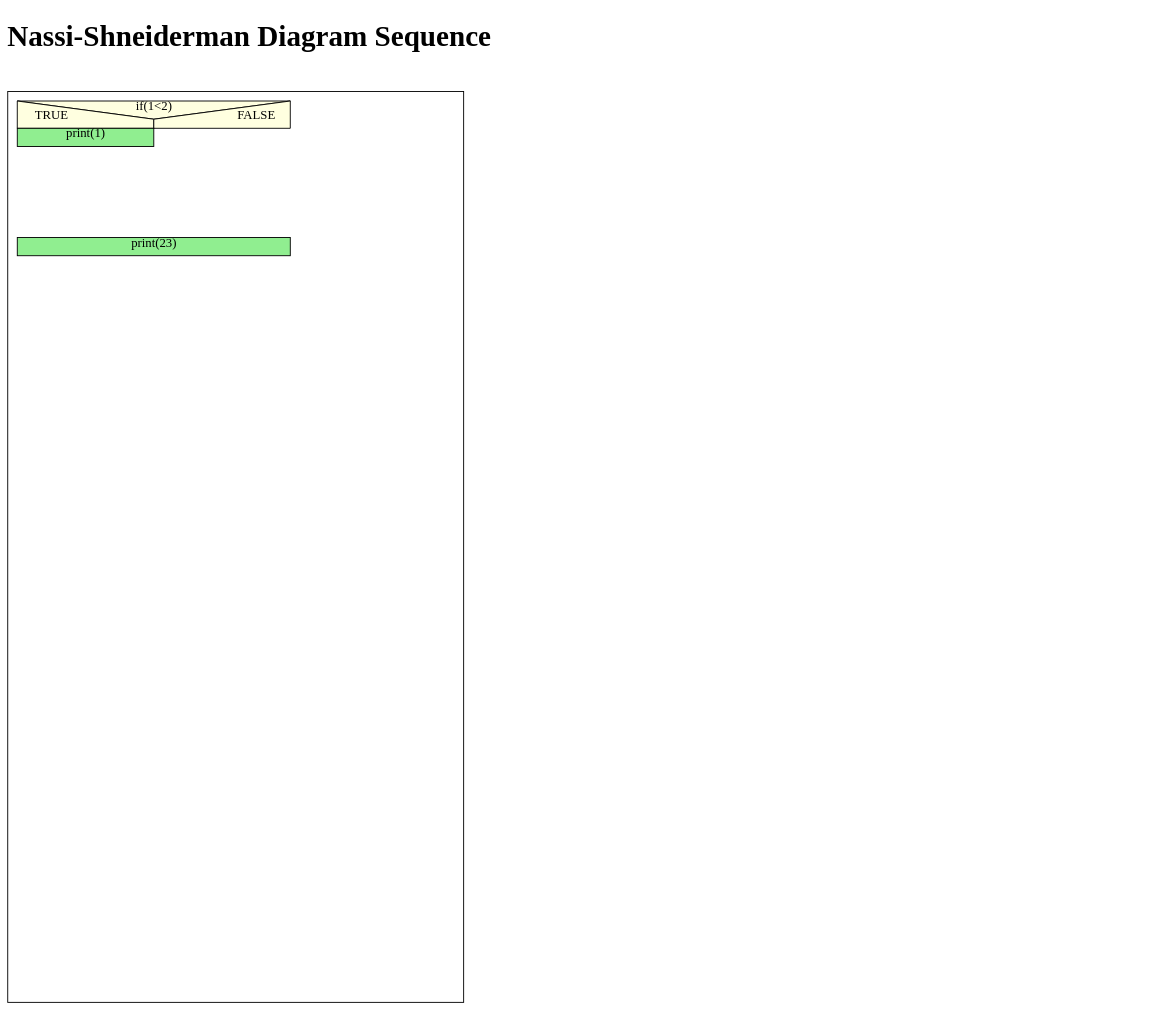
Repository: fabsch225/Nassi-Shneiderman-Compiler
Page: demo.html
The author's editor kept a copy of each file at every save. The page is drawn from the files as they stood at one save, then again after the next save.
The browser window is 1280 px wide. The pictures show the whole page, at 91% of full size.

Above is the page before, as saved 2024-05-15 23:41:57.

After the next save:
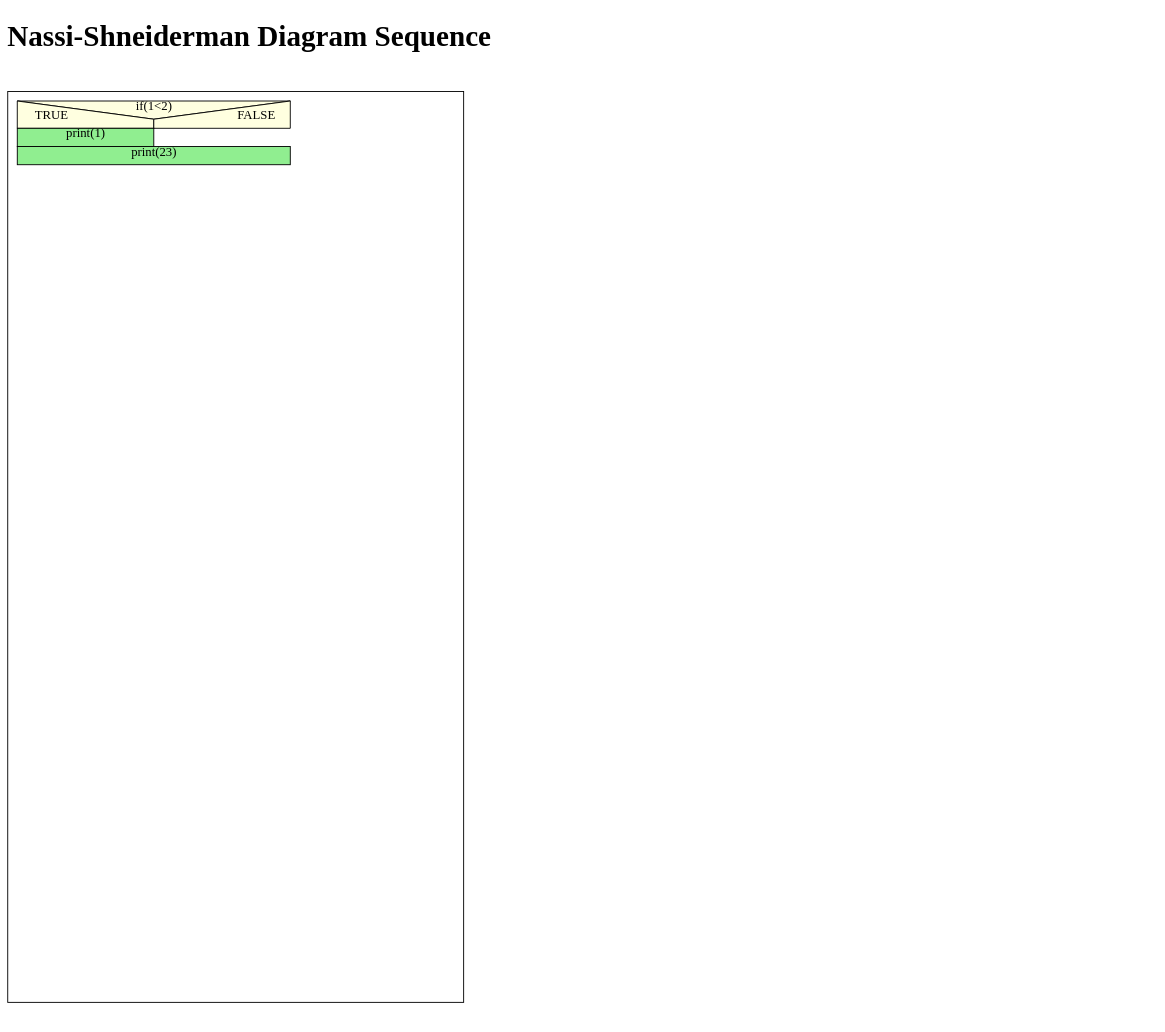
Saved 27 s later.
--- a/src/converter.js
+++ b/src/converter.js
@@ -17,7 +17,7 @@ function convert(x, y, width, height, tree) {
             svgAppendix += sub_block.svgAppendix;
             var bounds1 = sub_block.children[0];
             svgAppendix += convert(bounds1.start_x, bounds1.start_y, bounds1.width, bounds1.height, block.branches[0]);
-            current_y += h * 3
+            current_y += h
         }
         else if (block.type == 2) { //ifs and else
 
